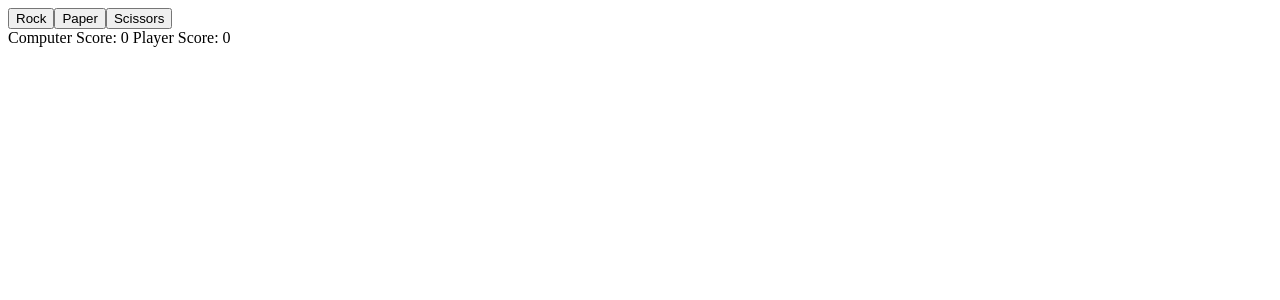
Repository: weazzyefff/Rock-Paper-Scissors
Page: rock-paper-scissors.html
An editor plug-in stored every save of this project. The page is shown before and after the next save, followed by the edit.
The browser window is 1280 px wide. The pictures show the whole page.

Above is the page before, as saved 2022-11-29 17:56:50.

### rock-paper-scissors.html
<!DOCTYPE html>
<html>

<head>
    <meta charset="utf-8">
    <meta name="viewport" content="width=device-width, initial-scale=1">
    <title>Rock-Paper-Scissors</title>
</head>

<body>


    <script src="script.js"></script>
</body>

</html>

### script.js

//Declaring global variables
let playerScore = 0;
let computerScore = 0;

//Create Rock button
let rbutton = document.createElement("button");
rbutton.textContent = 'Rock'
document.body.appendChild(rbutton);
//Add listener event
rbutton.addEventListener("click", () => {
    playerSelection = 'ROCK'
    playRound();
});

//Create Paper button
let pbutton = document.createElement("button");
pbutton.textContent = 'Paper'
document.body.appendChild(pbutton);
//Add listener event
pbutton.addEventListener("click", () => {
    playerSelection = 'PAPER'
    playRound();
});


//Create Scissors button
let sbutton = document.createElement("button");
sbutton.textContent = 'Scissors'
document.body.appendChild(sbutton);
//Add listener event
sbutton.addEventListener("click", () => {
    playerSelection = 'SCISSORS'
    playRound();
});

let resultDiv = document.createElement("div");
resultDiv.textContent = `Computer Score: ${computerScore} Player Score: ${playerScore}`;
document.body.appendChild(resultDiv);

function playRound() {
    let computerSelection = getComputerChoice();
    if (computerSelection === playerSelection) {

        let div = document.createElement("div");
        div.textContent = 'You drew!';
        document.body.appendChild(div);

    } else if (computerSelection === 'ROCK' && playerSelection === 'PAPER') {
        let div = document.createElement("div");
        div.textContent = 'You Win! Paper beats Rock!';
        document.body.appendChild(div);
        playerScore++;


    } else if (computerSelection === 'ROCK' && playerSelection === 'SCISSORS') {
        let div = document.createElement("div");
        div.textContent = 'You Lose! Rock beats Scissors!';
        document.body.appendChild(div);
        computerScore++;

    } else if (computerSelection === 'PAPER' && playerSelection === 'ROCK') {
        let div = document.createElement("div");
        div.textContent = 'You Lose! Paper beats Rock!';
        document.body.appendChild(div);
        computerScore++;

    } else if (computerSelection === 'PAPER' && playerSelection === 'SCISSORS') {
        let div = document.createElement("div");
        div.textContent = 'You Win! Scissors beats Paper!';
        document.body.appendChild(div);
        playerScore++;


    } else if (computerSelection === 'SCISSORS' && playerSelection === 'ROCK') {
        let div = document.createElement("div");
        div.textContent = 'You Win! Rock beats Scissors!';
        document.body.appendChild(div);
        playerScore++;

    } else if (computerSelection === 'SCISSORS' && playerSelection === 'PAPER') {
        let div = document.createElement("div");
        div.textContent = 'You Lose! Scissors beats paper!';
        document.body.appendChild(div);
        computerScore++;
        //0 + 1 = 1

    }


}
function getComputerChoice() {
    const cpuChoices = ['Rock', 'Paper', 'Scissors'];
    const random = Math.floor(Math.random() * cpuChoices.length);
    const computerSelection = (cpuChoices[random]).toUpperCase();
    console.log(`Inside getComputerChoice() and we log: ${computerSelection}`);
    return computerSelection;
}

After the next save:
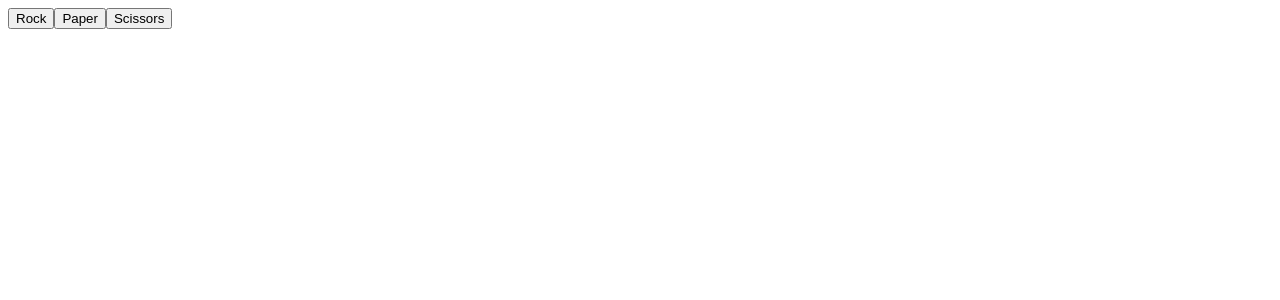
Saved 4 min 12 s later.
--- a/script.js
+++ b/script.js
@@ -34,12 +34,19 @@ sbutton.addEventListener("click", () => {
     playRound();
 });
 
-let resultDiv = document.createElement("div");
-resultDiv.textContent = `Computer Score: ${computerScore} Player Score: ${playerScore}`;
-document.body.appendChild(resultDiv);
+
 
 function playRound() {
+
+    // Get the computer choice
     let computerSelection = getComputerChoice();
+
+    // Create the Results <div>
+    let resultDiv = document.createElement("div");
+    resultDiv.textContent = `Computer Score: ${computerScore} Player Score: ${playerScore}`;
+    document.body.appendChild(resultDiv);
+
+    //Check winner
     if (computerSelection === playerSelection) {
 
         let div = document.createElement("div");
